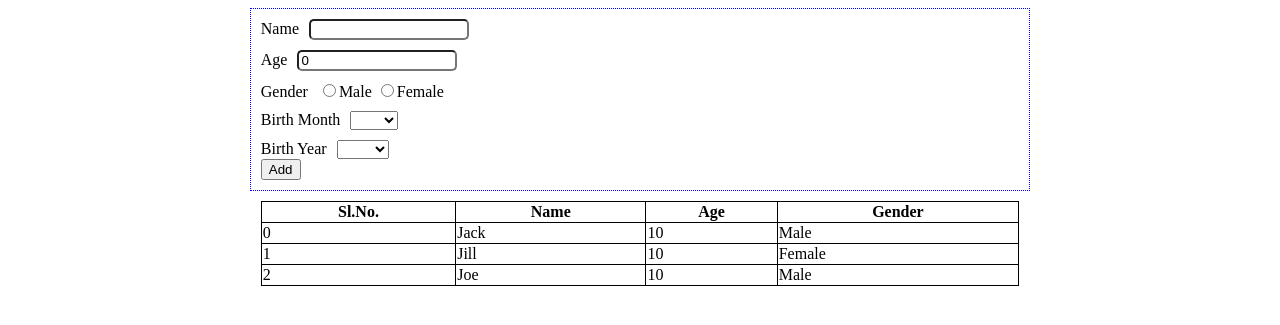
Repository: tysonpaul89/vue-student-crud
Page: /
The author's editor kept a copy of each file at every save. The page is drawn from the files as they stood at one save, then again after the next save.
The browser window is 1280 px wide. The pictures show the whole page.
The project was rebuilt for these pictures with package versions that can differ from the ones it lists, and the page was loaded fresh each time.

Above is the page before, as saved 2020-04-10 18:26:11.

After the next save:
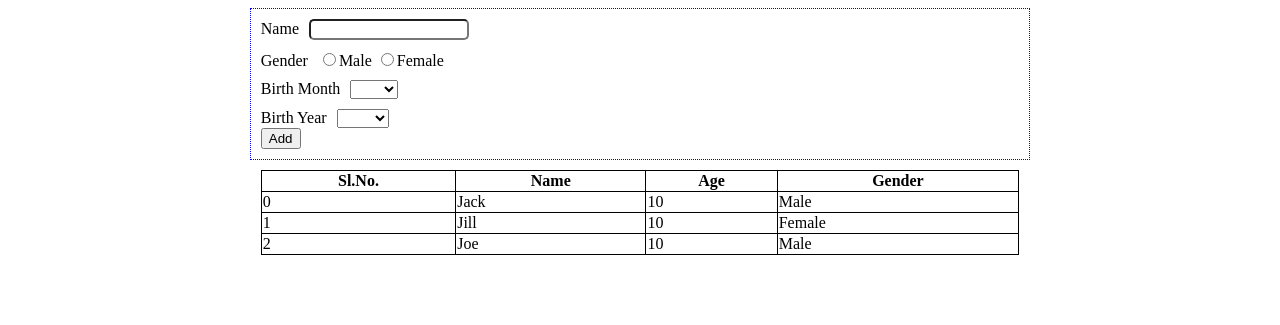
Saved 94 s later.
--- a/src/components/StudentForm.vue
+++ b/src/components/StudentForm.vue
@@ -4,10 +4,6 @@
       <div class="form-group">
         <label for="name">Name</label>
         <input type="text" id="name" name="name" v-model="studentForm.name" />
-      </div>
-      <div class="form-group">
-        <label for="age">Age</label>
-        <input type="text" id="age" name="age" v-model="studentForm.age" />
       </div>
       <div class="form-group">
         <label>Gender</label>
